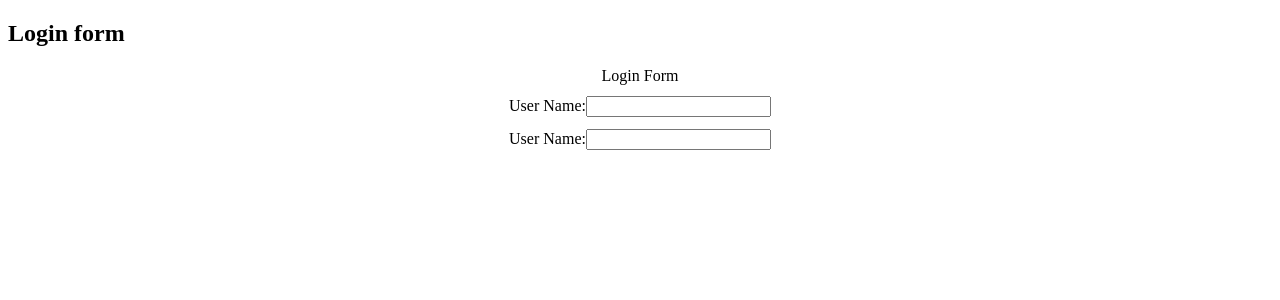
Repository: abhishek110597/Deloitte
Page: Workspace/JavaTraining/login.html
An editor plug-in stored every save of this project. The page is shown before and after the next save, followed by the edit.
The browser window is 1280 px wide. The pictures show the whole page.

Above is the page before, as saved 2019-12-28 04:55:23.

### Workspace/JavaTraining/login.html
<!DOCTYPE html>
<html>
<head>
<meta charset="ISO-8859-1">
<title>Login form</title>
</head>
<body>
<form>
<h2>Login form</h2>
<table cellspacing="10" border="0" align="center">
<caption>Login Form</caption>
<tr>
<td>User Name:<input type="text" name="username" id="username"/></td>
</tr>
<tr>
<td>User Name:<input type="password" name="password" id="password"/></td>
</tr>
</table>
</form>
</body>
</html>

After the next save:
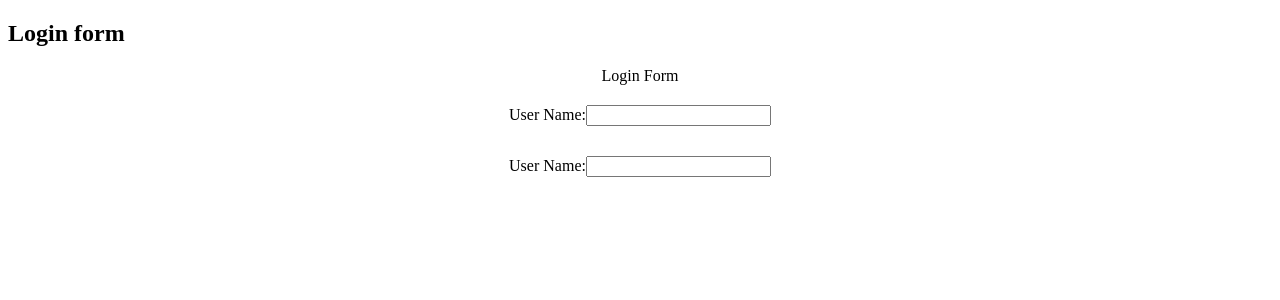
Saved 18 s later.
--- a/Workspace/JavaTraining/login.html
+++ b/Workspace/JavaTraining/login.html
@@ -7,7 +7,7 @@
 <body>
 <form>
 <h2>Login form</h2>
-<table cellspacing="10" border="0" align="center">
+<table cellspacing="10" cellpadding="10" border="0" align="center">
 <caption>Login Form</caption>
 <tr>
 <td>User Name:<input type="text" name="username" id="username"/></td>
